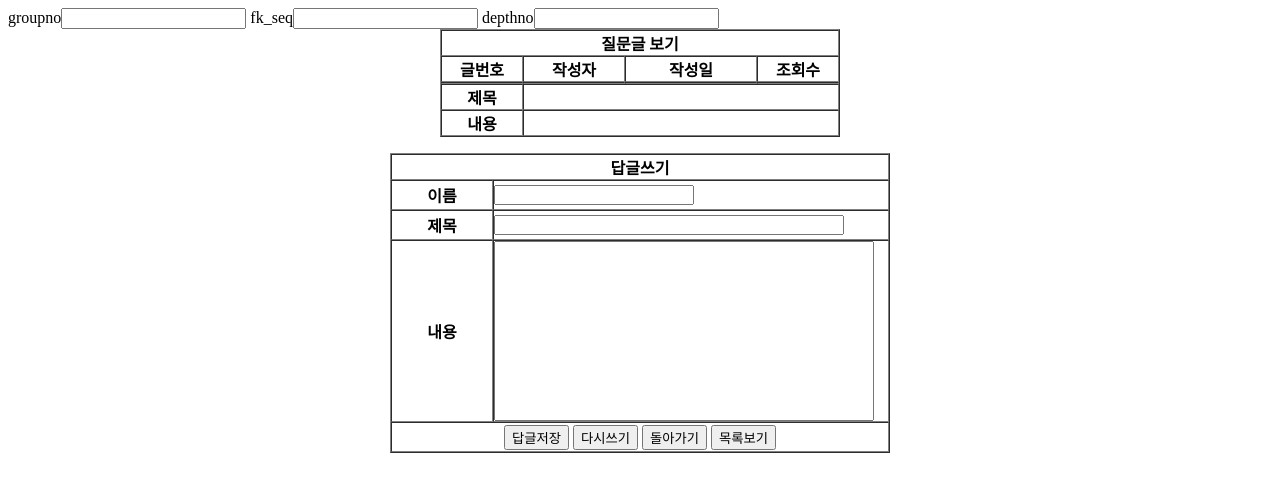
Repository: xx10222/STS_MVC2_Board
Page: http://localhost/project2/WEB-INF/views/board/replyView.jsp
The author's editor kept a copy of each file at every save. The page is drawn from the files as they stood at one save, then again after the next save.
The browser window is 1280 px wide. The pictures show the whole page.
Some web libraries are served in a nearby version. The page is served by Tomcat 9. Nobody is signed in. Other server files are loaded and not shown. The template is opened directly, without the code that normally fills it, so the values that code supplies are empty.

Above is the page before, as saved 2020-05-27 10:40:29.

### project2/src/main/webapp/WEB-INF/views/board/replyView.jsp
<%@ page language="java" contentType="text/html; charset=UTF-8" pageEncoding="UTF-8"%>
<%@ taglib uri="http://java.sun.com/jsp/jstl/core" prefix="c" %>
<%@ taglib prefix="fmt" uri="http://java.sun.com/jsp/jstl/fmt"%>
<! DOCTYPE html PUBLIC "-//W3C//DTD HTML 4.01 Transitional//EN" "http://www.w3.org/TR/html4/loose.dtd">
<html>
   <head>
      <script src="//cdnjs.cloudflare.com/ajax/libs/jquery/3.2.1/jquery.min.js"></script>
       <title>게시판</title>
   </head>
   <script type="text/javascript">
      $(document).ready(function(){
         var formObj = $("form[name='replyForm']");
         //목록보기
         $(".list_btn").on("click", function(){
            event.preventDefault();
            location.href = "/board/list";
         })
         //답글저장
         $(".reply_btn").on("click", function(){
            if(fn_valiChk()){
               return false;
            }
            formObj.attr("action", "/board/reply");
            formObj.attr("method", "post");
            formObj.submit();
         })
         /*다시쓰기
         $(".rewrite_btn").on("click", function(){
            event.preventDefault();
             location.href = "/board/replyView";
         })*/
         //돌아가기
         $(".cancel_btn").on("click", function(){
            event.preventDefault();
            location.href = "/board/updateView?bno=${reply.bno}";
         })
      })

      function fn_valiChk(){
         var listForm = $("form[name='listForm'] .chk").length;
         for(var i = 0; i<listForm; i++){
            if($(".chk").eq(i).val() == "" || $(".chk").eq(i).val() == null){
               alert($(".chk").eq(i).attr("title"));
               return true;
            }
         }
      }
      function numberMaxLength(e){
          if(e.value.length > e.maxLength){
              e.value = e.value.slice(0, e.maxLength);
          }
      }
   </script>

   <body>

      <div id="root">

         <section id="container">
            <form name="replyForm" role="form" method="post" action="/board/reply">
               <input type="hidden" name="bno" value="${reply.bno}" readonly="readonly"/>

               <label>groupno</label><input type="number" name="groupno" value="${reply.groupno}" readonly="readonly"/>
               <label>fk_seq</label><input type="number" name="fk_seq" value="${reply.fk_seq}" readonly="readonly"/>
               <label>depthno</label><input type="number" name="depthno" value="${reply.depthno}" readonly="readonly"/>

               <table align="center" width="400" cellpadding="0" cellspacing="0" border="1">
                  <tr><th colspan = "4" align="center">질문글 보기</th></tr>
                  <tr>
                     <th align="center">글번호</th>
                     <th align="center">작성자</th>
                     <th align="center">작성일</th>
                     <th align="center">조회수</th>
                  </tr>
                  <tr>
                      <td align="center" width="80"><c:out value="${reply.bno}" /></td>
                     <td align="center" width="100"><c:out value="${reply.writer}" /></td>
                     <td align="center" width="130">
                           <fmt:formatDate value="${reply.regdate}" pattern="yyyy-MM-dd HH:mm:ss"/>
                     </td>
                     <td align="center" width="80"><c:out value="${reply.hit}" /></td>
                  </tr>
                    <tr>
                       <th>제목</th>
                       <td colspan = "3">
                           <c:out value=" ${reply.title}"/>
                        </td>
                     </tr>
                     <tr>
                        <th>내용</th>
                       <td colspan = "3">
                           <c:out value=" ${reply.content}"/>
                        </td>
                     </tr>
               </table>
            </form>

            <form name="replyForm" method="post" action="/board/reply">
               <input type="hidden" name="groupno" value="${reply.groupno}" readonly="readonly"/>
               <input type="hidden" name="fk_seq" value="${reply.bno}" readonly="readonly"/>
               <input type="hidden" name="depthno" value="${reply.depthno+1}" readonly="readonly"/>
               <table align="center" width="500" cellpadding="0" cellspacing="0" border="1">
                  <tr><th colspan = "2" align="center">답글쓰기</th></tr>
                      <tr>
                        <th align="center" width="100" height="30">이름</th>
                        <td>
                          <input style="width:200px;height:20px;" type="text" id="writer" name="writer" class="chk" title="작성자를 입력하세요."
                          maxlength="20" oninput="numberMaxLength(this);"/>
                        </td>
                     </tr>
                     <tr>
                        <th align="center" width="100" height="30">제목</th>
                        <td>
                           <input style="width:350px;height:20px; type="text" id="title" name="title" class="chk" title="제목을 입력하세요."/>
                        </td>
                     </tr>
                     <tr>
                        <th align="center" width="100" height="180">내용</th>
                        <td>
                           <textarea style="resize: none; width:380px;height:180px; id="content" name="content" class="chk" title="내용을 입력하세요."></textarea>
                        </td>
                     </tr>

                     <tr><th colspan="4" align="center" height="30">
                        <div>
                     		<button type="submit" class="reply_btn">답글저장</button>
                     		<button type="reset">다시쓰기</button>
                           <button type="submit" class="cancel_btn">돌아가기</button>
                           <button type="submit" class="list_btn">목록보기</button>
                        </div>
                     </tr>
               </table>
            </form>
         </section>
      </div>
   </body>
</html>

After the next save:
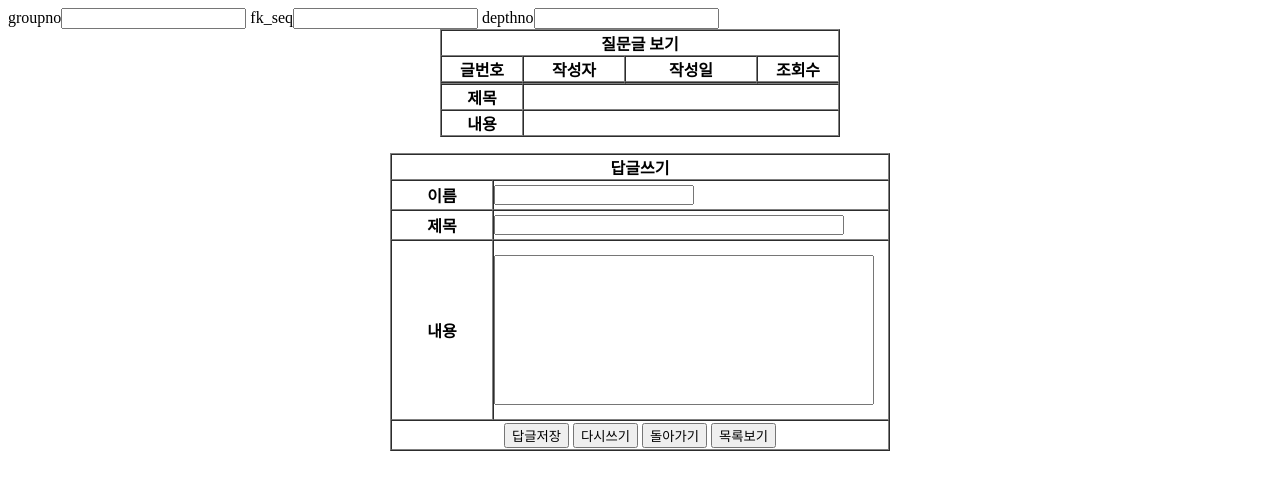
Saved 5 s later.
--- a/project2/src/main/webapp/WEB-INF/views/board/replyView.jsp
+++ b/project2/src/main/webapp/WEB-INF/views/board/replyView.jsp
@@ -117,7 +117,7 @@
                      <tr>
                         <th align="center" width="100" height="180">내용</th>
                         <td>
-                           <textarea style="resize: none; width:380px;height:180px; id="content" name="content" class="chk" title="내용을 입력하세요."></textarea>
+                           <textarea style="resize: none; width:380px;height:150px; id="content" name="content" class="chk" title="내용을 입력하세요."></textarea>
                         </td>
                      </tr>
 
